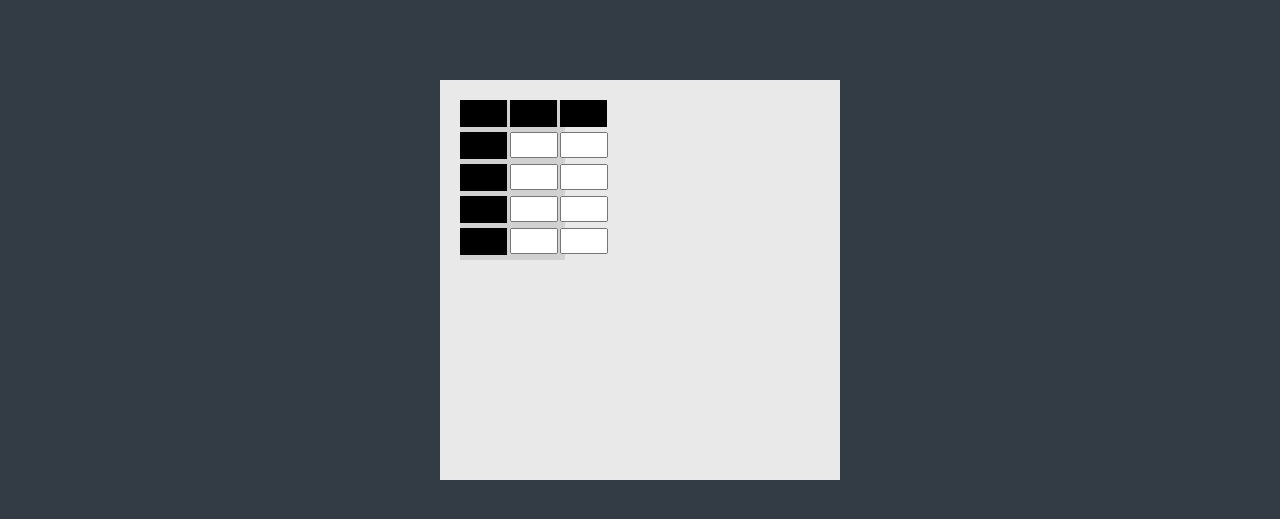
Repository: piookr-wsei/8086
Page: /
The author's editor kept a copy of each file at every save. The page is drawn from the files as they stood at one save, then again after the next save.
The browser window is 1280 px wide. The pictures show the whole page.
The project was rebuilt for these pictures with package versions that can differ from the ones it lists, and the page was loaded fresh each time.

Above is the page before, as saved 2022-06-17 00:11:24.

### src/App.js
import logo from './logo.svg';
import './App.css';
import { RegDesc, RegInput, RegWrapper, UiWindow, UiWrapper } from './Components/Components.elements';

function App() {
  return (
    <div className="App">
      <UiWindow>
        <UiWrapper>
          <RegWrapper>
            <RegDesc/><RegDesc/><RegDesc/>
            <RegDesc/><RegInput/><RegInput/>
            <RegDesc/><RegInput/><RegInput/>
            <RegDesc/><RegInput/><RegInput/>
            <RegDesc/><RegInput/><RegInput/>
          </RegWrapper>

        </UiWrapper>
      </UiWindow>

    </div>
  );
}

export default App;

### src/App.css
body{
  height: 100%;
  background: rgba(1, 10, 22, 0.8);
}
.App {

}

.App-logo {
  height: 40vmin;
  pointer-events: none;
}

@media (prefers-reduced-motion: no-preference) {
  .App-logo {
    animation: App-logo-spin infinite 20s linear;
  }
}

.App-header {
  background-color: #282c34;
  min-height: 100vh;
  display: flex;
  flex-direction: column;
  align-items: center;
  justify-content: center;
  font-size: calc(10px + 2vmin);
  color: white;
}

.App-link {
  color: #61dafb;
}

@keyframes App-logo-spin {
  from {
    transform: rotate(0deg);
  }
  to {
    transform: rotate(360deg);
  }
}

### src/Components/Components.elements.js
import styled from "styled-components";

export const UiWindow = styled.div`
height: 400px;
width: 400px;
background: rgb(233,233,233);
position: relative;
margin: auto;
top: 80px;
`

export const UiWrapper = styled.div`
border: 20px solid transparent;

`

export const RegWrapper = styled.div`
width: 105px;
background: rgba(0,0,0,0.1);
position: relative;
left: 0;
display: grid;
grid-template-columns: 50px 50px 50px;

`

export const RegInput = styled.input`
height: 20px;
width: 40px;
margin-bottom:5px;
`

export const RegDesc = styled.div`
height: 27px;
width: 47px;
background: black;
margin-bottom:5px;
`

Loaded but not shown: public/index.html (common file); src/index.js (common file); src/index.css (common file); src/reportWebVitals.js (common file)

After the next save:
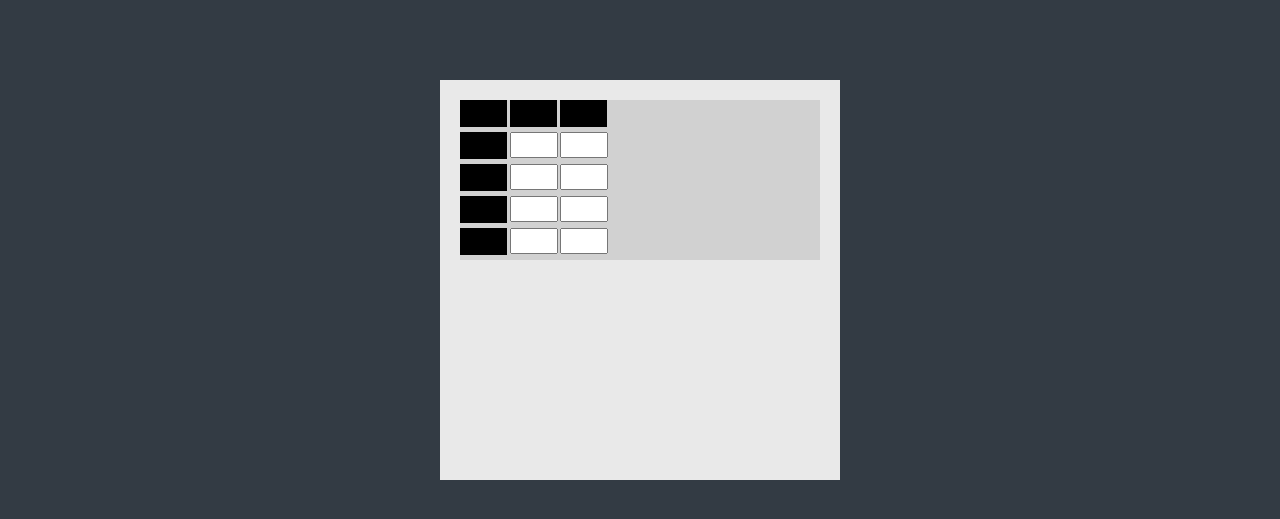
Saved 17 s later.
--- a/src/Components/Components.elements.js
+++ b/src/Components/Components.elements.js
@@ -15,7 +15,7 @@
 `
 
 export const RegWrapper = styled.div`
-width: 105px;
+width: auto;
 background: rgba(0,0,0,0.1);
 position: relative;
 left: 0;

After the 2 saves that followed:
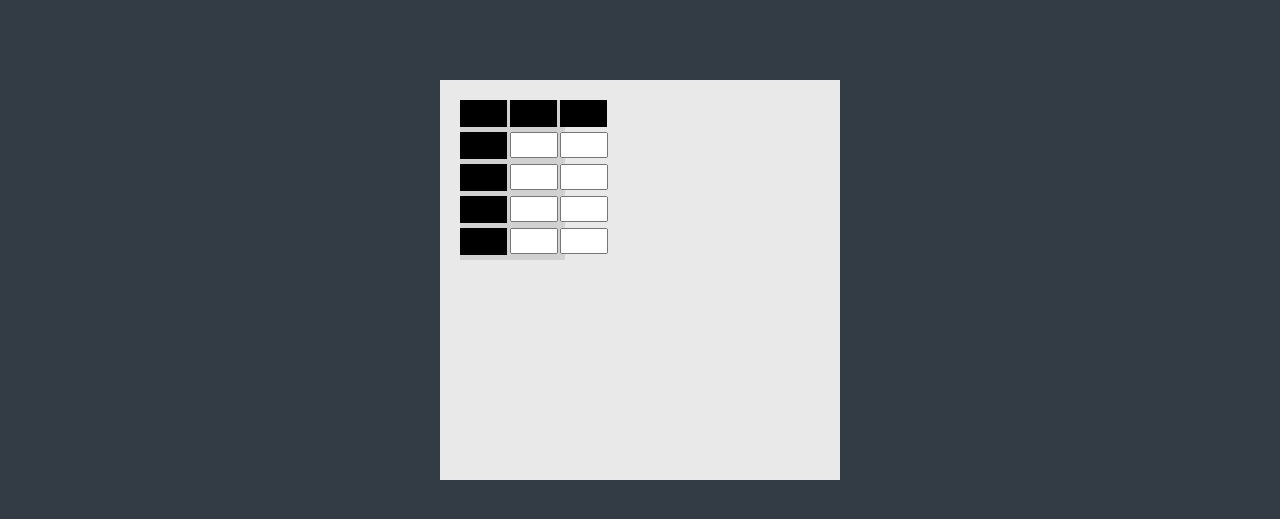
The 2 saves are shown as one change because they came seconds apart.
The last was saved 17 s later.
--- a/src/Components/Components.elements.js
+++ b/src/Components/Components.elements.js
@@ -15,7 +15,7 @@
 `
 
 export const RegWrapper = styled.div`
-width: auto;
+width: 105px;
 background: rgba(0,0,0,0.1);
 position: relative;
 left: 0;
